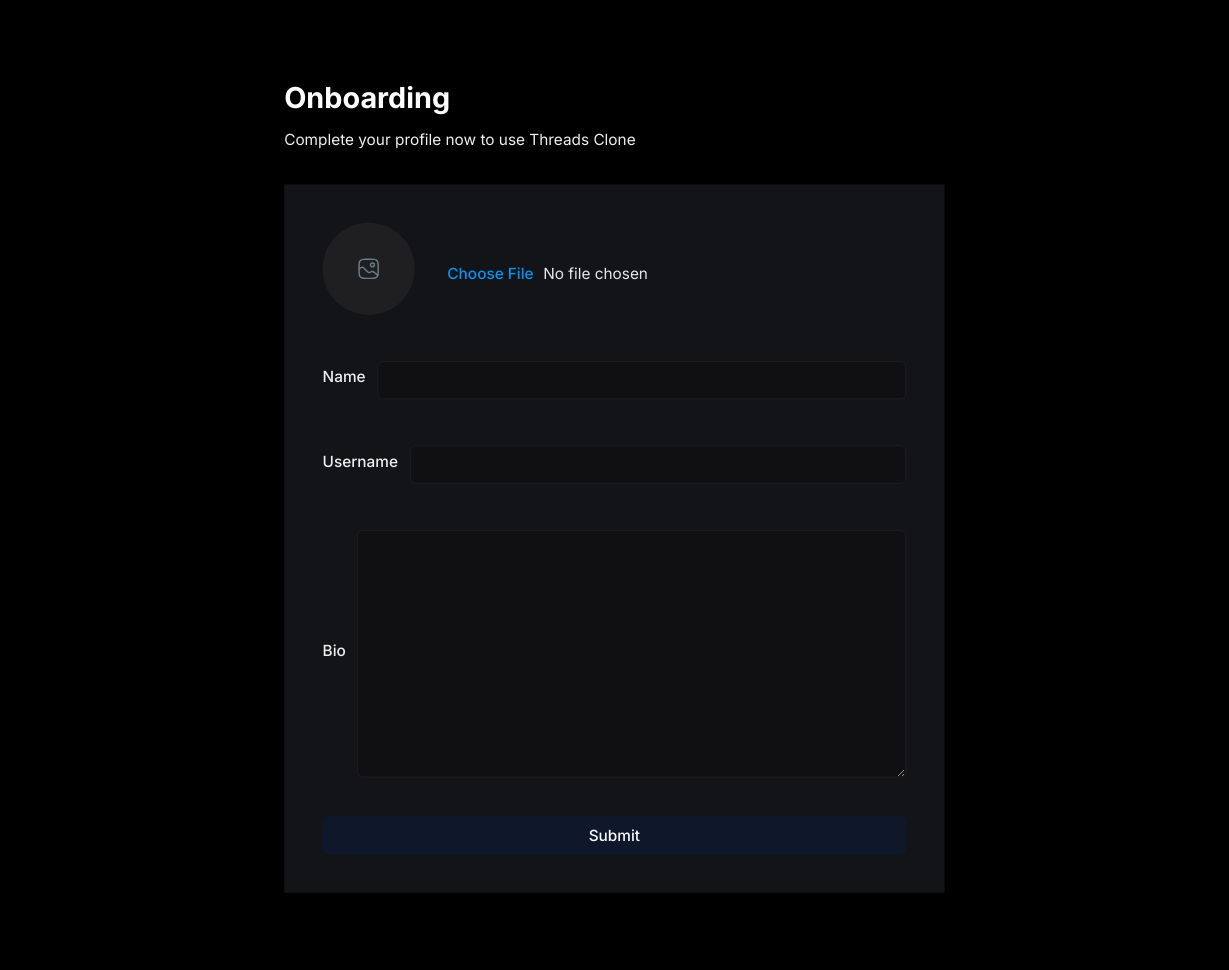
Repository: Elswee13/threads_app
Page: /onboarding
An editor plug-in stored every save of this project. The page is shown before and after the next save, followed by the edit.
The browser window is 1280 px wide. The pictures show the whole page, at 96% of full size.
The page's requests for data from a server got no answer. The project was rebuilt for these pictures with package versions that can differ from the ones it lists, and the page was loaded fresh each time. Some packages were replaced by stand-ins written for this rebuild. The framework's server and built-in components were replaced by stand-ins that run in the browser. No one was signed in, and anything a server would have sent is missing. Also part of the build but not shown: next.config.js.

Above is the page before, as saved 2023-12-04 09:34:30.

### app/(auth)/layout.tsx
import React from "react";
import type { Metadata } from "next";
import { Inter } from "next/font/google";
import { ClerkProvider } from "@clerk/nextjs";
// import { dark } from "@clerk/themes";

import "../globals.css";

const inter = Inter({ subsets: ["latin"] });

export const metadata: Metadata = {
    title: "Threads",
    description: "A Next.js 14 Meta Threads Application Clone",
};

export default function RootLayout({
  children,
}: {
  children: React.ReactNode;
}) {
  return (
    <ClerkProvider
      appearance={{
        // baseTheme: dark,
      }}
    >
      <html lang='en'>
        <body className={`${inter.className} bg-dark-1`}>{children}</body>
      </html>
    </ClerkProvider>
  );
}

### app/(auth)/onboarding/page.tsx


import React from "react";
import AccountProfile from "@/components/forms/AccountProfile";
import { currentUser } from "@clerk/nextjs";

async function Page(){
    const user = await currentUser();

    const userInfo = {};

    const userData = {
        id: user?.id,
        objectId: userInfo?._id,
        username: userInfo?.username || user?.username,
        name: userInfo?.name || user?.firstName || "",
        bio: userInfo?.bio || "",
        image: userInfo?.image || user?.imageUrl,
    };

    return(
        <main className="mx-auto flex max-w-3xl flex-col justify-start px-10 py-20 " >
            <h1 className="head-text" >Onboarding</h1>
            <p className="mt-3 text-base-regular text-light-2" >
            Complete your profile now to use Threads Clone
            </p>

            <section className="mt-9 bg-dark-2 p-10" >
                <AccountProfile/>
            </section>
        </main>
    )
}

export default Page;

### components/forms/AccountProfile.tsx
"use client"

import React, { ChangeEvent } from "react";
import { useForm } from "react-hook-form";
import { Button } from "@/components/ui/button";
import {
    Form,
    FormControl,
    FormField,
    FormItem,
    FormLabel,
  } from "@/components/ui/form";
import { Input } from "@/components/ui/input";
import { Textarea } from "@/components/ui/textarea";
import { zodResolver } from "@hookform/resolvers/zod";
import { userValidation } from '@/lib/validations/user';
import * as z from "zod"
import Image from "next/image";


interface Props{
    user:{
        id:string;
        objectId: string;
        username: string;
        name: string;
        bio: string;
        image: string;
    };
    btnTitle: string;
}

const AccountProfile = ({user,btnTitle}: Props) =>{

    const form = useForm({
        resolver: zodResolver(userValidation),
        defaultValues:{
            profile_photo: '',
            name: '',
            username: '',
            bio: ''
        }
    })

    const handleImage = (e: ChangeEvent, fieldChange:(value:string)=>void)=>{
        e.preventDefault();
    }

    function onSubmit(values: z.infer<typeof userValidation>) {
        // Do something with the form values.
        // ✅ This will be type-safe and validated.
        console.log(values)
      }

    return(
       <Form {...form}>
        <form
        onSubmit={form.handleSubmit(onSubmit)}
        className="flex flex-col justify-start gap-10"
        >

            {/* this first form field is for profile photo */}
        <FormField
          control={form.control}
          name='profile_photo'
          render={({ field }) => (
            <FormItem className='flex items-center gap-4'>
              <FormLabel className='account-form_image-label'>
                {field.value ? (
                  <Image
                    src={field.value}
                    alt='profile_icon'
                    width={96}
                    height={96}
                    priority
                    className='rounded-full object-contain'
                  />
                ) : (
                  <Image
                    src='/assets/profile.svg'
                    alt='profile_icon'
                    width={24}
                    height={24}
                    className='object-contain'
                  />
                )}
              </FormLabel>
              <FormControl className='flex-1 text-base-semibold text-gray-200'>
                <Input
                  type='file'
                  accept='image/*'
                  placeholder='Add profile photo'
                  className='account-form_image-input'
                  onChange={(e) => handleImage(e, field.onChange)}
                />
              </FormControl>
            </FormItem>
          )}
        />
                {/* this form field is for the name */}
         <FormField
          control={form.control}
          name='name'
          render={({ field }) => (
            <FormItem className='flex items-center gap-3 w-full'>
              <FormLabel className='text-base-semibold text-light-2'>
                Name
              </FormLabel>
              <FormControl className='flex-1 text-base-semibold text-gray-200'>
                <Input
                  type="text"
                  className='account-form_input no-focus'
                  {...field}
                />
              </FormControl>
            </FormItem>
          )}
        />

            {/* this form field is for the username */}
         <FormField
          control={form.control}
          name='username'
          render={({ field }) => (
            <FormItem className='flex items-center gap-3 w-full'>
              <FormLabel className='text-base-semibold text-light-2'>
                Username
              </FormLabel>
              <FormControl className='flex-1 text-base-semibold text-gray-200'>
                <Input
                  type="text"
                  className='account-form_input no-focus'
                  {...field}
                />
              </FormControl>
            </FormItem>
          )}
        />

             {/* this form field is for the biography */}
         <FormField
          control={form.control}
          name='bio'
          render={({ field }) => (
            <FormItem className='flex items-center gap-3 w-full'>
              <FormLabel className='text-base-semibold text-light-2'>
                Bio
              </FormLabel>
              <FormControl className='flex-1 text-base-semibold text-gray-200'>
                <Textarea
                  rows={10}
                  className='account-form_input no-focus'
                  {...field}
                />
              </FormControl>
            </FormItem>
          )}
        />

          <Button type="submit">Submit</Button>
        </form>
      </Form>
    );
};

export default AccountProfile;

### components/ui/button.tsx
import * as React from "react"
import { Slot } from "@radix-ui/react-slot"
import { cva, type VariantProps } from "class-variance-authority"

import { cn } from "@/lib/utils"

const buttonVariants = cva(
  "inline-flex items-center justify-center whitespace-nowrap rounded-md text-sm font-medium ring-offset-white transition-colors focus-visible:outline-none focus-visible:ring-2 focus-visible:ring-slate-950 focus-visible:ring-offset-2 disabled:pointer-events-none disabled:opacity-50 dark:ring-offset-slate-950 dark:focus-visible:ring-slate-300",
  {
    variants: {
      variant: {
        default: "bg-slate-900 text-slate-50 hover:bg-slate-900/90 dark:bg-slate-50 dark:text-slate-900 dark:hover:bg-slate-50/90",
        destructive:
          "bg-red-500 text-slate-50 hover:bg-red-500/90 dark:bg-red-900 dark:text-slate-50 dark:hover:bg-red-900/90",
        outline:
          "border border-slate-200 bg-white hover:bg-slate-100 hover:text-slate-900 dark:border-slate-800 dark:bg-slate-950 dark:hover:bg-slate-800 dark:hover:text-slate-50",
        secondary:
          "bg-slate-100 text-slate-900 hover:bg-slate-100/80 dark:bg-slate-800 dark:text-slate-50 dark:hover:bg-slate-800/80",
        ghost: "hover:bg-slate-100 hover:text-slate-900 dark:hover:bg-slate-800 dark:hover:text-slate-50",
        link: "text-slate-900 underline-offset-4 hover:underline dark:text-slate-50",
      },
      size: {
        default: "h-10 px-4 py-2",
        sm: "h-9 rounded-md px-3",
        lg: "h-11 rounded-md px-8",
        icon: "h-10 w-10",
      },
    },
    defaultVariants: {
      variant: "default",
      size: "default",
    },
  }
)

export interface ButtonProps
  extends React.ButtonHTMLAttributes<HTMLButtonElement>,
    VariantProps<typeof buttonVariants> {
  asChild?: boolean
}

const Button = React.forwardRef<HTMLButtonElement, ButtonProps>(
  ({ className, variant, size, asChild = false, ...props }, ref) => {
    const Comp = asChild ? Slot : "button"
    return (
      <Comp
        className={cn(buttonVariants({ variant, size, className }))}
        ref={ref}
        {...props}
      />
    )
  }
)
Button.displayName = "Button"

export { Button, buttonVariants }

### components/ui/form.tsx
import * as React from "react"
import * as LabelPrimitive from "@radix-ui/react-label"
import { Slot } from "@radix-ui/react-slot"
import {
  Controller,
  ControllerProps,
  FieldPath,
  FieldValues,
  FormProvider,
  useFormContext,
} from "react-hook-form"

import { cn } from "@/lib/utils"
import { Label } from "@/components/ui/label"

const Form = FormProvider

type FormFieldContextValue<
  TFieldValues extends FieldValues = FieldValues,
  TName extends FieldPath<TFieldValues> = FieldPath<TFieldValues>
> = {
  name: TName
}

const FormFieldContext = React.createContext<FormFieldContextValue>(
  {} as FormFieldContextValue
)

const FormField = <
  TFieldValues extends FieldValues = FieldValues,
  TName extends FieldPath<TFieldValues> = FieldPath<TFieldValues>
>({
  ...props
}: ControllerProps<TFieldValues, TName>) => {
  return (
    <FormFieldContext.Provider value={{ name: props.name }}>
      <Controller {...props} />
    </FormFieldContext.Provider>
  )
}

const useFormField = () => {
  const fieldContext = React.useContext(FormFieldContext)
  const itemContext = React.useContext(FormItemContext)
  const { getFieldState, formState } = useFormContext()

  const fieldState = getFieldState(fieldContext.name, formState)

  if (!fieldContext) {
    throw new Error("useFormField should be used within <FormField>")
  }

  const { id } = itemContext

  return {
    id,
    name: fieldContext.name,
    formItemId: `${id}-form-item`,
    formDescriptionId: `${id}-form-item-description`,
    formMessageId: `${id}-form-item-message`,
    ...fieldState,
  }
}

type FormItemContextValue = {
  id: string
}

const FormItemContext = React.createContext<FormItemContextValue>(
  {} as FormItemContextValue
)

const FormItem = React.forwardRef<
  HTMLDivElement,
  React.HTMLAttributes<HTMLDivElement>
>(({ className, ...props }, ref) => {
  const id = React.useId()

  return (
    <FormItemContext.Provider value={{ id }}>
      <div ref={ref} className={cn("space-y-2", className)} {...props} />
    </FormItemContext.Provider>
  )
})
FormItem.displayName = "FormItem"

const FormLabel = React.forwardRef<
  React.ElementRef<typeof LabelPrimitive.Root>,
  React.ComponentPropsWithoutRef<typeof LabelPrimitive.Root>
>(({ className, ...props }, ref) => {
  const { error, formItemId } = useFormField()

  return (
    <Label
      ref={ref}
      className={cn(error && "text-red-500 dark:text-red-900", className)}
      htmlFor={formItemId}
      {...props}
    />
  )
})
FormLabel.displayName = "FormLabel"

const FormControl = React.forwardRef<
  React.ElementRef<typeof Slot>,
  React.ComponentPropsWithoutRef<typeof Slot>
>(({ ...props }, ref) => {
  const { error, formItemId, formDescriptionId, formMessageId } = useFormField()

  return (
    <Slot
      ref={ref}
      id={formItemId}
      aria-describedby={
        !error
          ? `${formDescriptionId}`
          : `${formDescriptionId} ${formMessageId}`
      }
      aria-invalid={!!error}
      {...props}
    />
  )
})
FormControl.displayName = "FormControl"

const FormDescription = React.forwardRef<
  HTMLParagraphElement,
  React.HTMLAttributes<HTMLParagraphElement>
>(({ className, ...props }, ref) => {
  const { formDescriptionId } = useFormField()

  return (
    <p
      ref={ref}
      id={formDescriptionId}
      className={cn("text-sm text-slate-500 dark:text-slate-400", className)}
      {...props}
    />
  )
})
FormDescription.displayName = "FormDescription"

const FormMessage = React.forwardRef<
  HTMLParagraphElement,
  React.HTMLAttributes<HTMLParagraphElement>
>(({ className, children, ...props }, ref) => {
  const { error, formMessageId } = useFormField()
  const body = error ? String(error?.message) : children

  if (!body) {
    return null
  }

  return (
    <p
      ref={ref}
      id={formMessageId}
      className={cn("text-sm font-medium text-red-500 dark:text-red-900", className)}
      {...props}
    >
      {body}
    </p>
  )
})
FormMessage.displayName = "FormMessage"

export {
  useFormField,
  Form,
  FormItem,
  FormLabel,
  FormControl,
  FormDescription,
  FormMessage,
  FormField,
}

### components/ui/input.tsx
import * as React from "react"

import { cn } from "@/lib/utils"

export interface InputProps
  extends React.InputHTMLAttributes<HTMLInputElement> {}

const Input = React.forwardRef<HTMLInputElement, InputProps>(
  ({ className, type, ...props }, ref) => {
    return (
      <input
        type={type}
        className={cn(
          "flex h-10 w-full rounded-md border border-slate-200 bg-white px-3 py-2 text-sm ring-offset-white file:border-0 file:bg-transparent file:text-sm file:font-medium placeholder:text-slate-500 focus-visible:outline-none focus-visible:ring-2 focus-visible:ring-slate-950 focus-visible:ring-offset-2 disabled:cursor-not-allowed disabled:opacity-50 dark:border-slate-800 dark:bg-slate-950 dark:ring-offset-slate-950 dark:placeholder:text-slate-400 dark:focus-visible:ring-slate-300",
          className
        )}
        ref={ref}
        {...props}
      />
    )
  }
)
Input.displayName = "Input"

export { Input }

### components/ui/textarea.tsx
import * as React from "react"

import { cn } from "@/lib/utils"

export interface TextareaProps
  extends React.TextareaHTMLAttributes<HTMLTextAreaElement> {}

const Textarea = React.forwardRef<HTMLTextAreaElement, TextareaProps>(
  ({ className, ...props }, ref) => {
    return (
      <textarea
        className={cn(
          "flex min-h-[80px] w-full rounded-md border border-slate-200 bg-white px-3 py-2 text-sm ring-offset-white placeholder:text-slate-500 focus-visible:outline-none focus-visible:ring-2 focus-visible:ring-slate-950 focus-visible:ring-offset-2 disabled:cursor-not-allowed disabled:opacity-50 dark:border-slate-800 dark:bg-slate-950 dark:ring-offset-slate-950 dark:placeholder:text-slate-400 dark:focus-visible:ring-slate-300",
          className
        )}
        ref={ref}
        {...props}
      />
    )
  }
)
Textarea.displayName = "Textarea"

export { Textarea }

### lib/validations/user.ts
import * as z from 'zod';
//  This is for saving user data

export const userValidation = z.object({
    profile_photo: z.string().url().nonempty(),
    name: z.string().min(3,{message:"Minimum 3 Characters"}).max(30),
    username: z.string().min(3,{message:"Minimum 3 Characters"}).max(30),
    bio: z.string().min(0,{message:"Minimum 3 Characters"}).max(1000),
})

### components/ui/label.tsx
"use client"

import * as React from "react"
import * as LabelPrimitive from "@radix-ui/react-label"
import { cva, type VariantProps } from "class-variance-authority"

import { cn } from "@/lib/utils"

const labelVariants = cva(
  "text-sm font-medium leading-none peer-disabled:cursor-not-allowed peer-disabled:opacity-70"
)

const Label = React.forwardRef<
  React.ElementRef<typeof LabelPrimitive.Root>,
  React.ComponentPropsWithoutRef<typeof LabelPrimitive.Root> &
    VariantProps<typeof labelVariants>
>(({ className, ...props }, ref) => (
  <LabelPrimitive.Root
    ref={ref}
    className={cn(labelVariants(), className)}
    {...props}
  />
))
Label.displayName = LabelPrimitive.Root.displayName

export { Label }

Loaded but not shown: app/layout.tsx (common file); app/globals.css (common file); lib/utils.ts (common file); tailwind.config.js (common file)

After the next save:
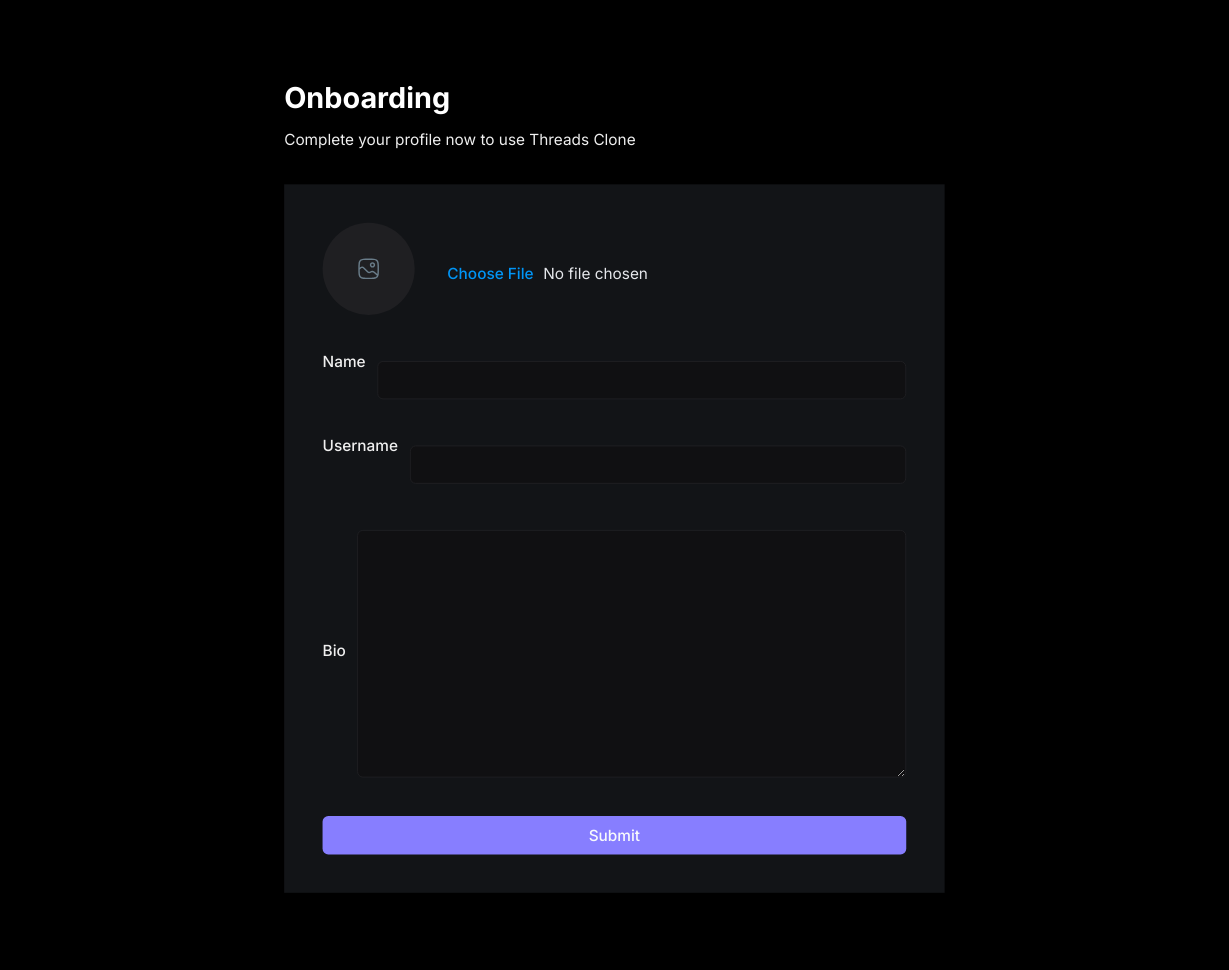
Saved 64 min 44 s later.
--- a/components/forms/AccountProfile.tsx
+++ b/components/forms/AccountProfile.tsx
@@ -102,7 +102,7 @@ const AccountProfile = ({user,btnTitle}: Props) =>{
           control={form.control}
           name='name'
           render={({ field }) => (
-            <FormItem className='flex items-center gap-3 w-full'>
+            <FormItem className='flex  gap-3 w-full'>
               <FormLabel className='text-base-semibold text-light-2'>
                 Name
               </FormLabel>
@@ -122,7 +122,7 @@ const AccountProfile = ({user,btnTitle}: Props) =>{
           control={form.control}
           name='username'
           render={({ field }) => (
-            <FormItem className='flex items-center gap-3 w-full'>
+            <FormItem className='flex  gap-3 w-full'>
               <FormLabel className='text-base-semibold text-light-2'>
                 Username
               </FormLabel>
@@ -157,7 +157,11 @@ const AccountProfile = ({user,btnTitle}: Props) =>{
           )}
         />
 
-          <Button type="submit">Submit</Button>
+          <Button
+          type="submit"
+          className="bg-primary-500"
+          >Submit
+          </Button>
         </form>
       </Form>
     );
